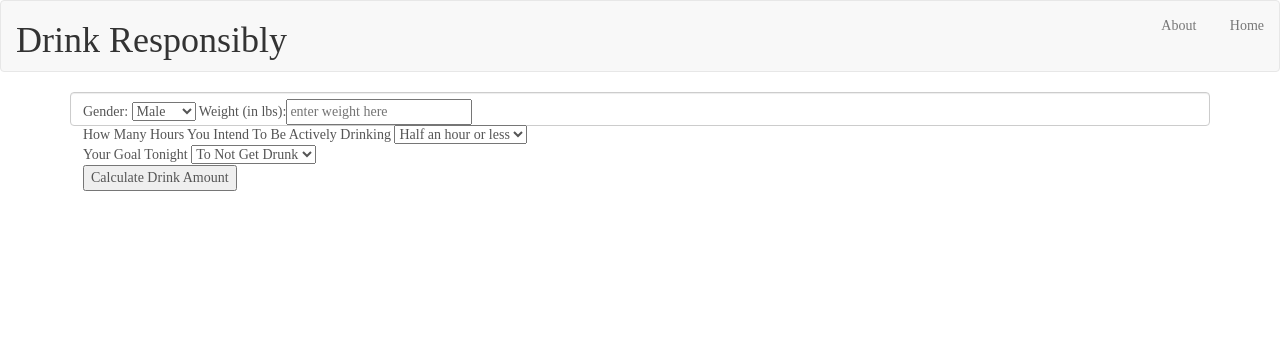
Repository: NatNat180/DrinkResponsibly
Page: http://localhost/DrinkResponsibly/form
An editor plug-in stored every save of this project. The page is shown before and after the next save, followed by the edit.
The browser window is 1280 px wide. The pictures show the whole page.
Some web fonts or font styles are not loaded; a fallback is used. The page is served by Tomcat 9. Other server files are loaded and not shown.

Above is the page before, as saved 2016-04-07 15:30:15.

### DrinkResponsibly/WebContent/WEB-INF/index.jsp
<%@ page language="java" contentType="text/html; charset=UTF-8"
    pageEncoding="ISO-8859-1"%>
<%@ taglib prefix="c" uri="http://java.sun.com/jsp/jstl/core" %>
<!DOCTYPE html>
<html lang="eng">
<head>
<meta http-equiv="Content-Type" content="text/html; charset=UTF-8">
<link rel="stylesheet" type="text/css" href="bootstrap/css/bootstrap.css"/>
<link rel="stylesheet" type="text/css" href="css/style.css"/>
<title>Drink Responsibly</title>
</head>
<body>
<c:import url="/WEB-INF/navigation.html"/>
<section class="container">
<form class="form-control" method="post" action="calculate-drink-amount">
Gender:
<select name="gender">
	<option value="male">Male</option>
	<option value="female">Female</option>
</select>
<!--<input type="radio" name="gender" value="male">Male<br>
<input type="radio" name="gender" value="female">Female<br>-->
Weight (in lbs):<input type="text" name="weight" placeholder="enter weight here" required><br>
How Many Hours You Intend To Be Actively Drinking
<select name="drink-time">
	<option value="0">Half an hour  or less</option>
	<option value="1">1</option>
	<option value="2">2</option>
	<option value="3">3</option>
	<option value="4">4</option>
	<option value="5">5</option>
	<option value="6">6</option>
	<option value="7">7</option>
	<option value="8">8</option>
	<option value="9">9</option>
	<option value="10">10</option>
	<option value="11">11</option>
	<option value="12">12+</option>
</select>
<br>
Your Goal Tonight
<select name="goal">
	<option value="drunk">To Not Get Drunk</option>
	<option value="sick">To Not Get Sick</option>
</select>
<br>
<input type="submit" value="Calculate Drink Amount" name="submit">
</form>
</section>
</body>
</html>

### DrinkResponsibly/WebContent/WEB-INF/navigation.html
<nav class="navbar navbar-default" role="navigation">
	<div class="container-fluid">
		<div class="navbar-header">
		  <h1  class="nav-title">Drink Responsibly</h1>
		</div>
		<ul class="nav navbar-nav navbar-right">
			<li id="right"><a href="">&nbsp;About</a>
			<li id="right"><a href="form">&nbsp;Home</a>
		</ul>
	</div>
	</nav>
	<!--<nav class="nav-tabs" role="navigation">
	<h1  class="nav-title">Drink Responsibly</h1>
		<ul class="nav navbar-nav navbar-right">
			<li id="right"><a href="">&nbsp;About</a>
			<li id="right"><a href="form">&nbsp;Home</a>
		</ul>
	</nav>-->

### DrinkResponsibly/src/com/application/Form.java
package com.application;

import java.io.IOException;
import javax.servlet.ServletException;
import javax.servlet.annotation.WebServlet;
import javax.servlet.http.HttpServlet;
import javax.servlet.http.HttpServletRequest;
import javax.servlet.http.HttpServletResponse;

@WebServlet("/form")
public class Form extends HttpServlet {
	private static final long serialVersionUID = 1L;

    public Form() {
        super();

    }

	protected void doPost(HttpServletRequest request, HttpServletResponse response) throws ServletException, IOException {

		doGet(request, response);
	}

	protected void doGet(HttpServletRequest request, HttpServletResponse response) throws ServletException, IOException {

		request.getServletContext().getRequestDispatcher("/WEB-INF/index.jsp").forward(request, response);
	}

}

### DrinkResponsibly/WebContent/css/style.css
@import url(https://fonts.googleapis.com/css?family=Fjalla+One|Poiret+One|Bitter|Arvo|Amatic+SC:400,700);

/*
font-family: 'Fjalla One', sans-serif;
font-family: 'Poiret One', cursive;
font-family: 'Bitter', serif;
font-family: 'Arvo', serif;
font-family: 'Amatic SC', cursive;
*/

h1 {font-family: 'Poiret One', cursive;}
body {font-family: 'Arvo', serif;}
a:hover{
	text-decoration: none;
}
form p {
	margin-top: 10px;
	margin-bottom: 10px;
}

Loaded but not shown: DrinkResponsibly/WebContent/bootstrap/css/bootstrap.css (library)

After the next save:
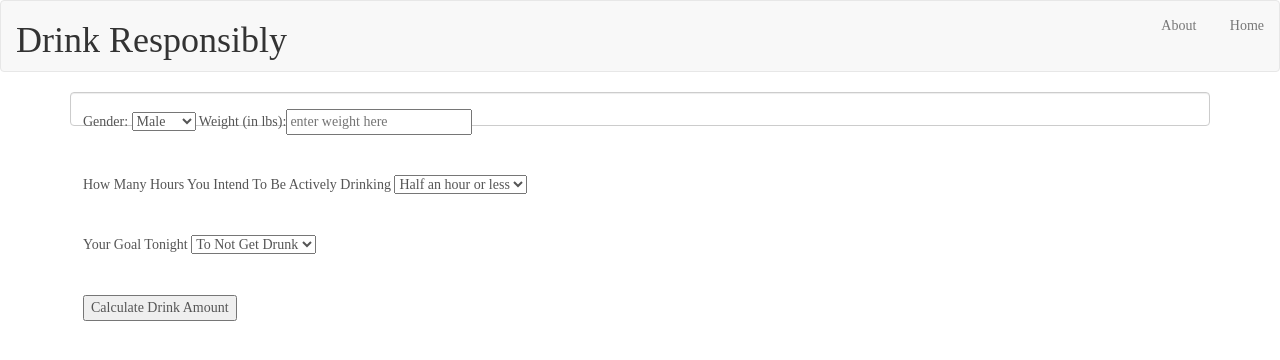
Saved 50 s later.
--- a/DrinkResponsibly/WebContent/WEB-INF/index.jsp
+++ b/DrinkResponsibly/WebContent/WEB-INF/index.jsp
@@ -13,15 +13,15 @@
 <c:import url="/WEB-INF/navigation.html"/>
 <section class="container">
 <form class="form-control" method="post" action="calculate-drink-amount">
-Gender:
+<p>Gender:
 <select name="gender">
 	<option value="male">Male</option>
 	<option value="female">Female</option>
 </select>
 <!--<input type="radio" name="gender" value="male">Male<br>
 <input type="radio" name="gender" value="female">Female<br>-->
-Weight (in lbs):<input type="text" name="weight" placeholder="enter weight here" required><br>
-How Many Hours You Intend To Be Actively Drinking
+Weight (in lbs):<input type="text" name="weight" placeholder="enter weight here" required></p><br>
+<p>How Many Hours You Intend To Be Actively Drinking
 <select name="drink-time">
 	<option value="0">Half an hour  or less</option>
 	<option value="1">1</option>
@@ -36,15 +36,15 @@ How Many Hours You Intend To Be Actively Drinking
 	<option value="10">10</option>
 	<option value="11">11</option>
 	<option value="12">12+</option>
-</select>
+</select></p>
 <br>
-Your Goal Tonight
+<p>Your Goal Tonight
 <select name="goal">
 	<option value="drunk">To Not Get Drunk</option>
 	<option value="sick">To Not Get Sick</option>
-</select>
+</select></p>
 <br>
-<input type="submit" value="Calculate Drink Amount" name="submit">
+<p><input type="submit" value="Calculate Drink Amount" name="submit"></p>
 </form>
 </section>
 </body>
